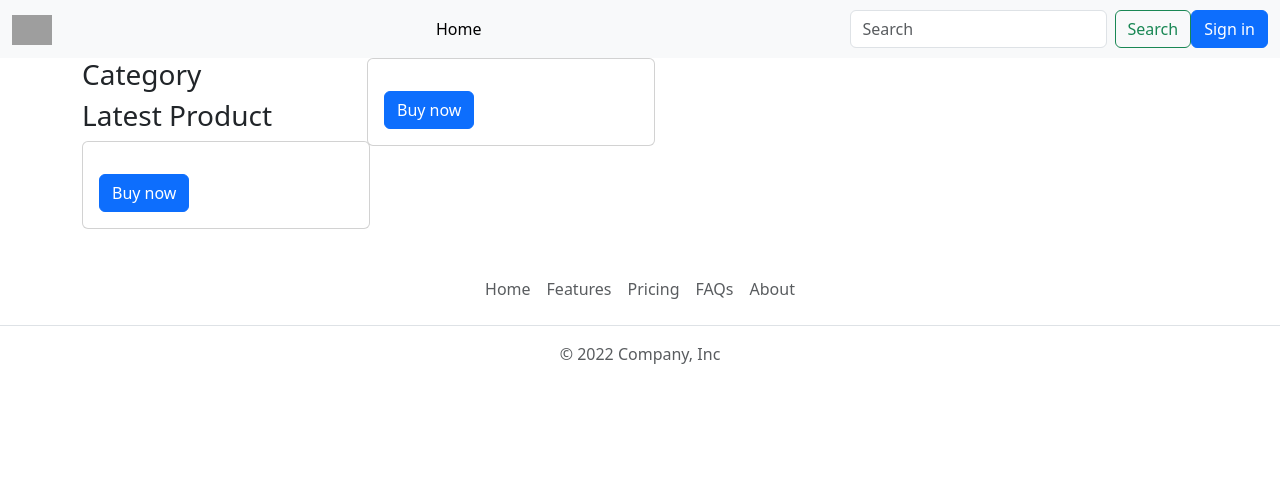
Repository: nguyenducviet22/my-project
Page: http://localhost/Test/detail.jsp
These files come from the project's save history. The page is drawn as it stood at one moment and after the next save; the edit follows.
The browser window is 1280 px wide. The pictures show the whole page.
Pictures or frames that could not be fetched are drawn as grey boxes. The page is served by Tomcat 9. Nobody is signed in. The application's start-up code is not run. Other server files are loaded and not shown. The template is opened directly, without the code that normally fills it, so the values that code supplies are empty.

Above is the page before, as saved 2023-03-14 05:51:50.

### Test/src/main/webapp/detail.jsp
<%@ page language="java" contentType="text/html; charset=UTF-8"
	pageEncoding="UTF-8"%>
<%@ taglib prefix="c" uri="http://java.sun.com/jsp/jstl/core"%>
<!DOCTYPE html>
<html>
<head>
<meta charset="UTF-8">
<title>Online</title>
<link
	href="https://cdn.jsdelivr.net/npm/bootstrap@5.3.0-alpha1/dist/css/bootstrap.min.css"
	rel="stylesheet"
	integrity="sha384-GLhlTQ8iRABdZLl6O3oVMWSktQOp6b7In1Zl3/Jr59b6EGGoI1aFkw7cmDA6j6gD"
	crossorigin="anonymous">
<script
	src="https://cdn.jsdelivr.net/npm/@popperjs/core@2.11.6/dist/umd/popper.min.js"
	integrity="sha384-oBqDVmMz9ATKxIep9tiCxS/Z9fNfEXiDAYTujMAeBAsjFuCZSmKbSSUnQlmh/jp3"
	crossorigin="anonymous"></script>
<script
	src="https://cdn.jsdelivr.net/npm/bootstrap@5.3.0-alpha1/dist/js/bootstrap.min.js"
	integrity="sha384-mQ93GR66B00ZXjt0YO5KlohRA5SY2XofN4zfuZxLkoj1gXtW8ANNCe9d5Y3eG5eD"
	crossorigin="anonymous"></script>
</head>
<body>
	<!-- Narvar -->
	<%@include file="header.jsp"%>
	<!-- End Narvar -->

	<!-- Page content -->
	<div class="container">
		<div class="row">
			<!-- Menu left -->
			<%@include file="left.jsp"%>
			<!-- End menu left -->
			<div class="col-lg-9" style="width: 1;">
				<!-- Detailed Product -->
					<div class="col-lg-4 col-md-6 md-4">
						<div class="card h-100" style="width: 18rem;">
							<img src="${detail.image }" class="card-img-top"
								alt="${detail.name }">
							<div class="card-body">
								<h5 class="card-title">${detail.name }</h5>
								<p class="card-text">${detail.price }</p>
								<p class="card-text">${detail.title }</p>
								<p class="card-text">${detail.description }</p>
								<a href="#" class="btn btn-primary">Buy now</a>
							</div>
						</div>
					</div>
				<!-- End Detailed Product -->
			</div>
		</div>
	</div>
	<!-- Footer -->
	<%@include file="footer.jsp"%>
	<!-- End Footer -->
</body>
</html>

### Test/src/main/webapp/header.jsp
<%@ page language="java" contentType="text/html; charset=UTF-8"
	pageEncoding="UTF-8"%>
<%@ taglib prefix="c" uri="http://java.sun.com/jsp/jstl/core"%>
<!-- Narvar -->
<nav class="navbar navbar-expand-lg bg-body-tertiary">
	<div class="container-fluid">
		<a class="navbar-brand" href="#"> <img alt="Fashion"
			src="https://tse4.mm.bing.net/th?id=OIP.ZbP3SFRdKs9-9OwxsS1ymQHaHa&pid=Api&P=0"
			style="width: 10%">
		</a>
		<button class="navbar-toggler" type="button" data-bs-toggle="collapse"
			data-bs-target="#navbarSupportedContent"
			aria-controls="navbarSupportedContent" aria-expanded="false"
			aria-label="Toggle navigation">
			<span class="navbar-toggler-icon"></span>
		</button>
		<div class="collapse navbar-collapse" id="navbarSupportedContent">
			<ul class="navbar-nav me-auto mb-2 mb-lg-0">
				<li class="nav-item"><a class="nav-link active"
					aria-current="page" href="home">Home</a></li>
				<c:if test="${account.isAdmin == 1 }">
					<li class="nav-item"><a class="nav-link active"
						aria-current="page" href="#">Admin</a></li>
				</c:if>
				<c:if test="${account.isSell == 1 }">
					<li class="nav-item"><a class="nav-link active"
						aria-current="page" href="seller">Seller</a></li>
				</c:if>
			</ul>
			<form action="search" method="post" class="d-flex" role="search">
				<input class="form-control me-2" type="search" placeholder="Search"
					aria-label="Search" name="txt" value="${searchValue}">
				<button class="btn btn-outline-success" type="submit">Search</button>
				<c:if test="${account == null }">
					<a class="btn btn-primary" style="white-space: nowrap;"
						href="signIn.jsp">Sign in</a>
				</c:if>
				<c:if test="${account != null }">
					<div class="form-control ml-1">
						<!-- Dropdown -->
						<ul class="navbar-nav me-auto mb-2 mb-lg-0">
							<li class="nav-item dropdown dropstart"><a
								class="nav-link dropdown-toggle" href="#" role="button"
								data-bs-toggle="dropdown" aria-expanded="false">${account.username }'s
									account</a>
								<ul class="dropdown-menu">
									<li><a class="dropdown-item" href="#">My cart</a></li>
									<li><a class="dropdown-item" href="#">Notification</a></li>
									<li><a class="dropdown-item" href="changeInfo.jsp">Info</a></li>
									<li><a class="dropdown-item" href="changePassword.jsp">Change
											password</a></li>
									<li><hr class="dropdown-divider"></li>
									<li><a class="dropdown-item"
										href="account-controller?act=sign-out&">Sign out</a></li>
								</ul></li>
						</ul>
					</div>
				</c:if>
			</form>
		</div>
	</div>
</nav>
<!-- End Narvar -->

### Test/src/main/webapp/left.jsp
<%@ page language="java" contentType="text/html; charset=UTF-8"
	pageEncoding="UTF-8"%>
<%@ taglib prefix="c" uri="http://java.sun.com/jsp/jstl/core"%>
<!DOCTYPE html>
<html>
<head>
<meta charset="UTF-8">
<title>Insert title here</title>
</head>
<body>
	<div class="col-lg-3">
		<!-- Menu left -->
		<h3>Category</h3>
		<c:forEach items="${listC }" var="c">
			<a href="category?cateId=${c.cid}"
				class="list-group-item list-group-item-action">${c.cname }</a>
		</c:forEach>
		<!-- End menu left -->

		<!-- Last product -->
		<h3>Latest Product</h3>
			<div class="col-lg-4 col-md-6 md-4">
				<div class="card h-100" style="width: 18rem;">
					<img src="${latest.image }" class="card-img-top" alt="${latest.name }">
					<div class="card-body">
						<h5 class="card-title">
							<a href="detail?pid=${p.id}">${latest.name }</a>
						</h5>
						<p class="card-text">${latest.price }</p>
						<p class="card-text">${latest.title }</p>
						<p class="card-text">${latest.description }</p>
						<a href="#" class="btn btn-primary">Buy now</a>
					</div>
				</div>
			</div>
		<!-- End latest product -->
	</div>
</body>
</html>

### Test/src/main/webapp/footer.jsp
<%@ page language="java" contentType="text/html; charset=UTF-8"
	pageEncoding="UTF-8"%>
<!-- Footer -->
<footer class="py-3 my-4">
	<ul class="nav justify-content-center border-bottom pb-3 mb-3">
		<li class="nav-item"><a href="#" class="nav-link px-2 text-muted">Home</a></li>
		<li class="nav-item"><a href="#" class="nav-link px-2 text-muted">Features</a></li>
		<li class="nav-item"><a href="#" class="nav-link px-2 text-muted">Pricing</a></li>
		<li class="nav-item"><a href="#" class="nav-link px-2 text-muted">FAQs</a></li>
		<li class="nav-item"><a href="#" class="nav-link px-2 text-muted">About</a></li>
	</ul>
	<p class="text-center text-muted">© 2022 Company, Inc</p>
</footer>
<!-- End Footer -->

After the next save:
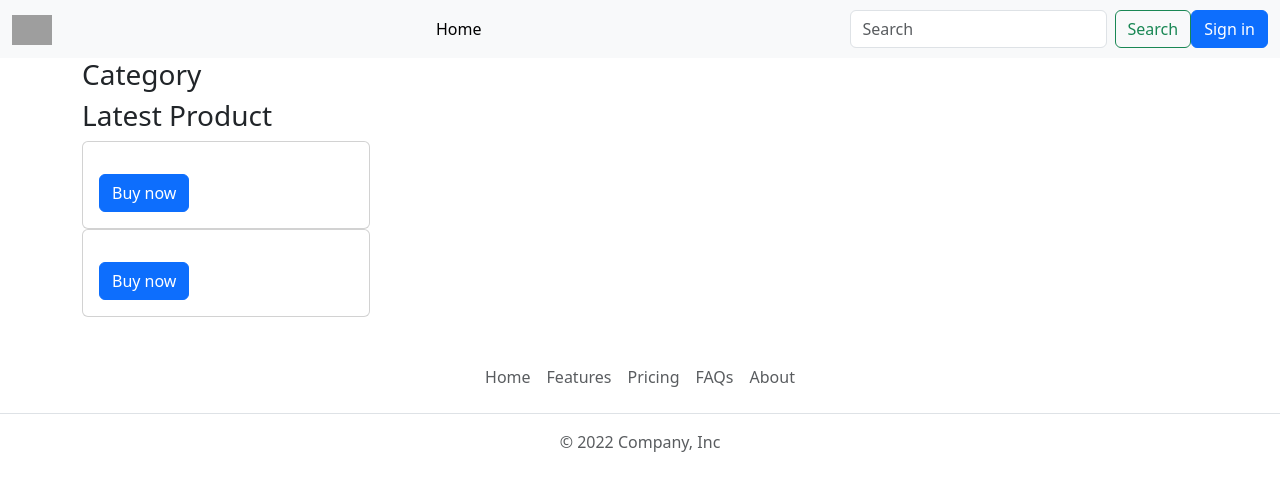
Saved 3 s later.
--- a/Test/src/main/webapp/detail.jsp
+++ b/Test/src/main/webapp/detail.jsp
@@ -31,7 +31,7 @@
 			<!-- Menu left -->
 			<%@include file="left.jsp"%>
 			<!-- End menu left -->
-			<div class="col-lg-9" style="width: 1;">
+			<div class="col-lg-9" style="width: 100%;">
 				<!-- Detailed Product -->
 					<div class="col-lg-4 col-md-6 md-4">
 						<div class="card h-100" style="width: 18rem;">

After the save that followed:
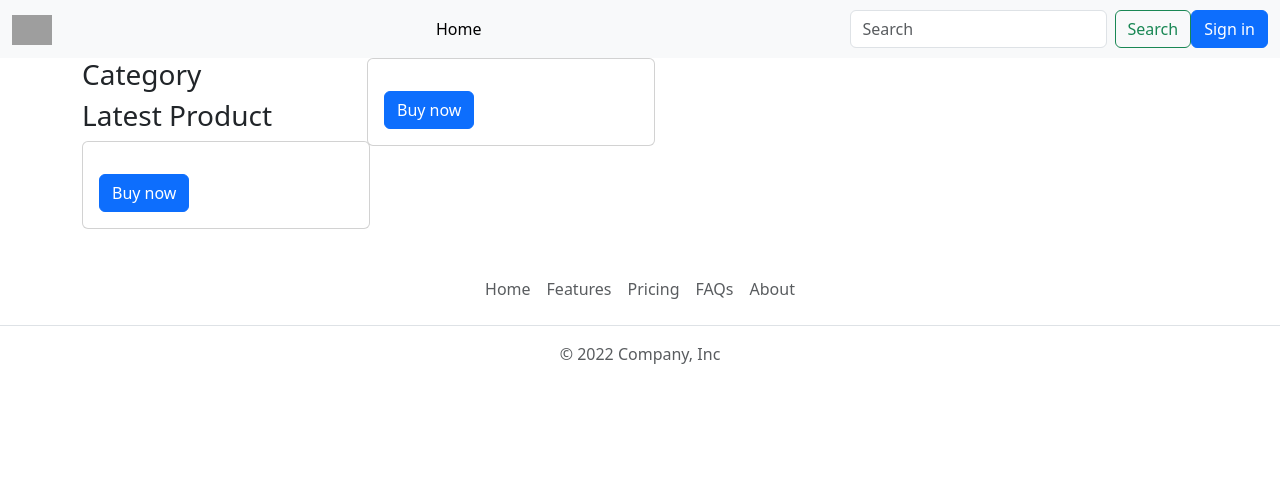
Saved 18 s later.
--- a/Test/src/main/webapp/detail.jsp
+++ b/Test/src/main/webapp/detail.jsp
@@ -31,7 +31,7 @@
 			<!-- Menu left -->
 			<%@include file="left.jsp"%>
 			<!-- End menu left -->
-			<div class="col-lg-9" style="width: 100%;">
+			<div class="col-lg-9">
 				<!-- Detailed Product -->
 					<div class="col-lg-4 col-md-6 md-4">
 						<div class="card h-100" style="width: 18rem;">
